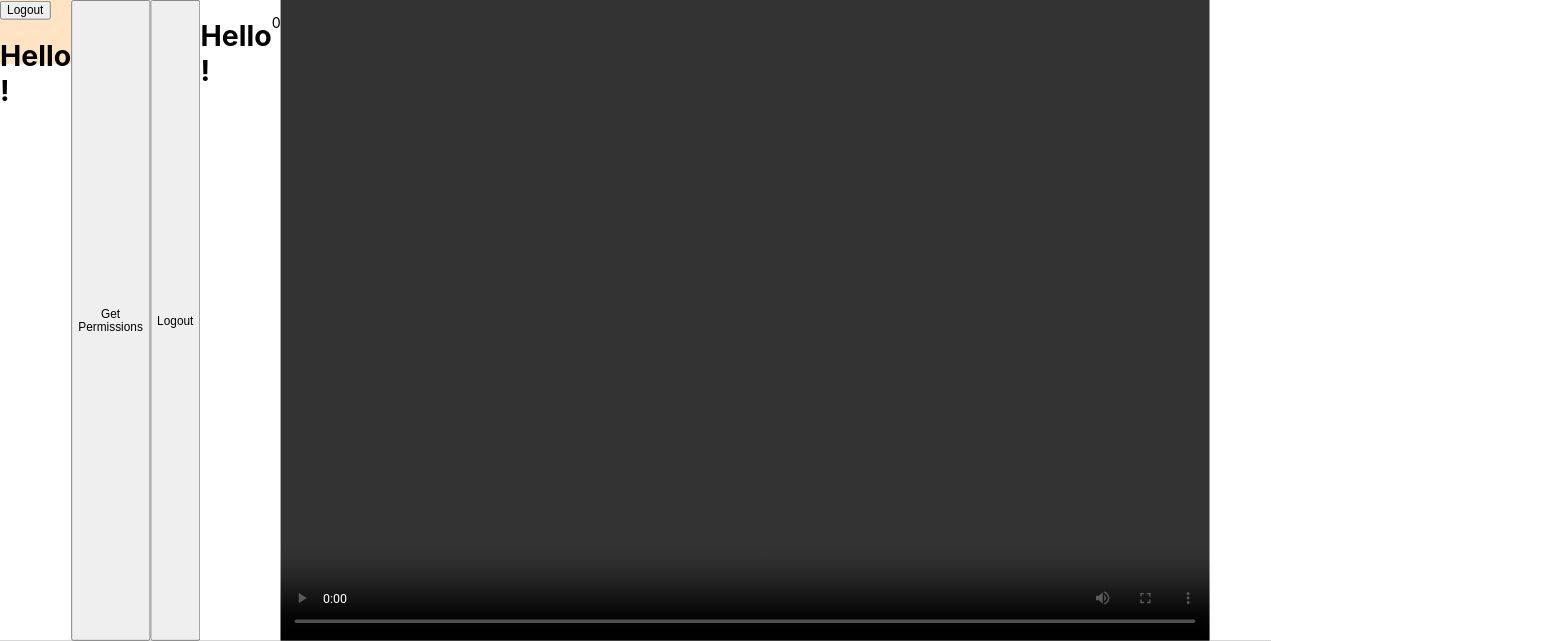
Repository: drumsmanku/test-1
Page: /recording (app in client/)
The author's editor kept a copy of each file at every save. The page is drawn from the files as they stood at one save, then again after the next save.
The browser window is 1280 px wide. The page is 1755 px wide, then 1619 px, so the pictures cover 1755 px, including what lies to the right of the window. The pictures show the whole page, at 89% of full size.
The project was rebuilt for these pictures with package versions that can differ from the ones it lists, and the page was loaded fresh each time. Also part of the build but not shown: client/src/App.css, client/src/Components/Login/Login.module.css, client/src/Components/Login/Login.js, client/src/Components/Register/Register.module.css, client/src/Components/Register/Register.js.

Above is the page before, as saved 2023-08-31 18:50:30.

### client/src/App.js
import './App.css';
import {BrowserRouter as Router, Route, Routes} from 'react-router-dom';
import Login from './Components/Login/Login';
import Register from './Components/Register/Register';
import Recording from './Components/Recording/Recording';

function App() {
  return (
    <div className="App">
      <Router>
        <Routes>
          <Route path='/' element={<Login/>}/>
          <Route path='/register' element={<Register/>}/>
          <Route path='/recording' element={<Recording/>}/>
        </Routes>
      </Router>
    </div>
  );
}

export default App;

### client/src/Components/Recording/Recording.js
import React from 'react';
import styles from './Recording.module.css';
import { useState, useEffect, useRef } from 'react';
import { useNavigate } from 'react-router-dom';
import axios from 'axios';

function Recording() {
  const [existingUser, setExistingUser]=useState(localStorage.getItem('user'))
  const navigate=useNavigate();
  const handleLogout=()=>{
    localStorage.removeItem('token');
    localStorage.removeItem('user');
    navigate('/')
  }
  const [startButton, setStartButton] = useState(false);
  const [mediaRecorder, setMediaRecorder] = useState(null);
  const chunksRef = useRef([]);
  const [progress, setProgress] = useState(0);


  const handlePermissions = async () => {
    try {
      const stream = await navigator.mediaDevices.getUserMedia({ audio: true, video: true });

      setStartButton(true);

      const newMediaRecorder = new MediaRecorder(stream);
      newMediaRecorder.ondataavailable = (evt) => {
        chunksRef.current.push(evt.data);
      };
      setMediaRecorder(newMediaRecorder);

      // POST request to start recording
      await axios.post('http://localhost:4000/recording/start', {
        videoPermission: true,
        audioPermission: true
      });
    } catch (error) {
      console.error('Error during getting permissions', error);
    }
  };
  let intervalId;

  const startRecording = () => {

    mediaRecorder.start();
    let secondsRecorded = 0;

     intervalId = setInterval(() => {
      secondsRecorded += 1;
      setProgress(secondsRecorded);
    }, 1000);
  };

  const stopRecording = async () => {

    if (mediaRecorder) {

        mediaRecorder.stop();
        mediaRecorder.stream.getTracks().forEach(track => track.stop());
        clearInterval(intervalId);
        setProgress(0);

        await axios.post('http://localhost:4000/recording/stop');

        const blob = new Blob(chunksRef.current, { type: 'video/webm' });
        const url = URL.createObjectURL(blob);

        const videoElement = document.getElementById('videoPlayback');

        videoElement.src = url;

        chunksRef.current = [];

        setStartButton(false);
    }
  };


  return (
    <div className={styles.container}>
      <div className={styles.navbar}>
        <button onClick={handleLogout}>Logout</button>
        <h1>Hello {existingUser} ! </h1>
      </div>
      <button onClick={handlePermissions}>Get Permissions</button>
      {startButton &&
        <div>
          <button onClick={startRecording}>Start Recording</button>
          <button onClick={stopRecording}>Stop Recording</button>
        </div>
      }
      <button onClick={handleLogout}>Logout</button>
      <h1>Hello {existingUser} ! </h1>
      <p>{progress}</p>
      <video id="videoPlayback" controls autoplay></video>

    </div>
  )
}

export default Recording

### client/src/Components/Recording/Recording.module.css
.container{
  height: 100vh;
  width: 100%;
  display: flex;
}
.navbar{
  height: 10%;
  width: 100%;
  background-color: bisque;
}

Loaded but not shown: client/public/index.html (common file); client/src/index.js (common file); client/src/index.css (common file)

After the next save:
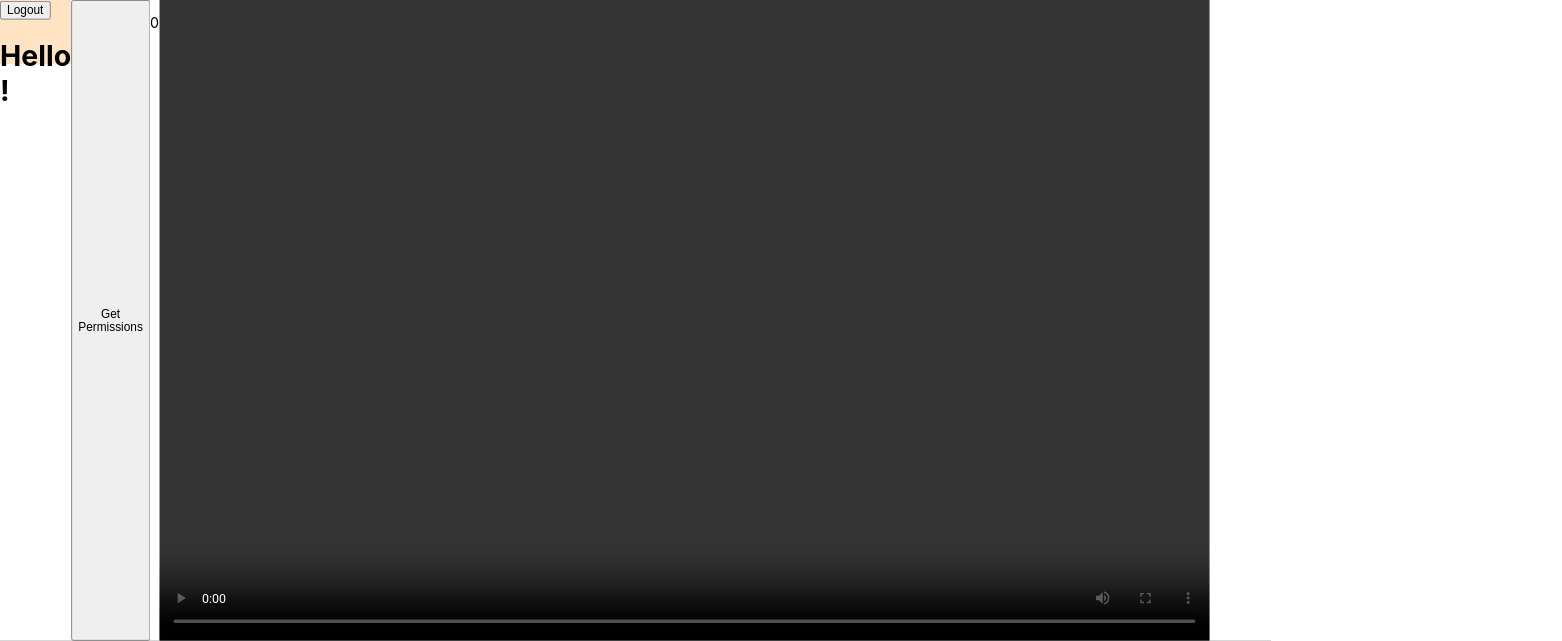
Saved 27 s later.
--- a/client/src/Components/Recording/Recording.js
+++ b/client/src/Components/Recording/Recording.js
@@ -90,8 +90,6 @@ function Recording() {
           <button onClick={stopRecording}>Stop Recording</button>
         </div>
       }
-      <button onClick={handleLogout}>Logout</button>
-      <h1>Hello {existingUser} ! </h1>
       <p>{progress}</p>
       <video id="videoPlayback" controls autoplay></video>
 
